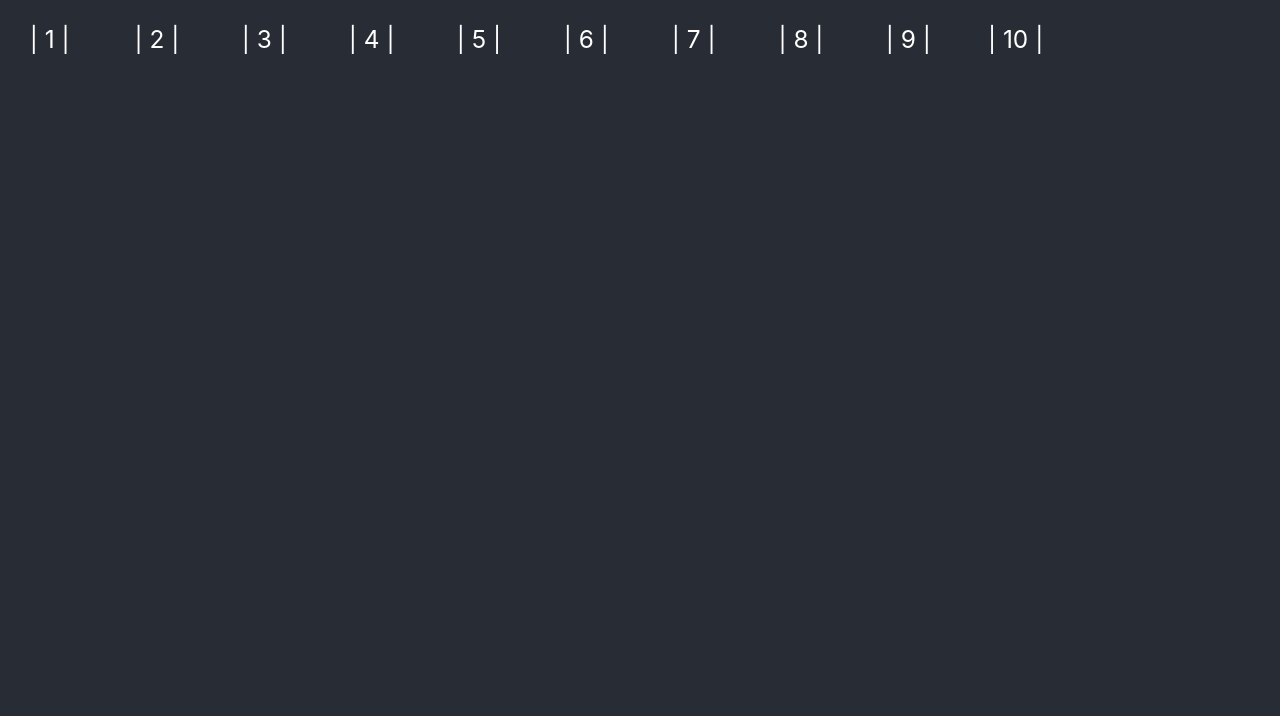
Repository: ghbamorim/megasenaapi
Page: / (app in mega-sena-client/)
These files come from the project's save history. The page is drawn as it stood at one moment and after the next save; the edit follows.
The browser window is 1280 px wide. The page is 1284 px wide, so the pictures cover 1284 px, including what lies to the right of the window. The pictures show the whole page.
The project was rebuilt for these pictures with package versions that can differ from the ones it lists, and the page was loaded fresh each time. Also part of the build but not shown: mega-sena-client/src/App.css.

Above is the page before, as saved 2021-09-12 09:35:40.

After the next save:
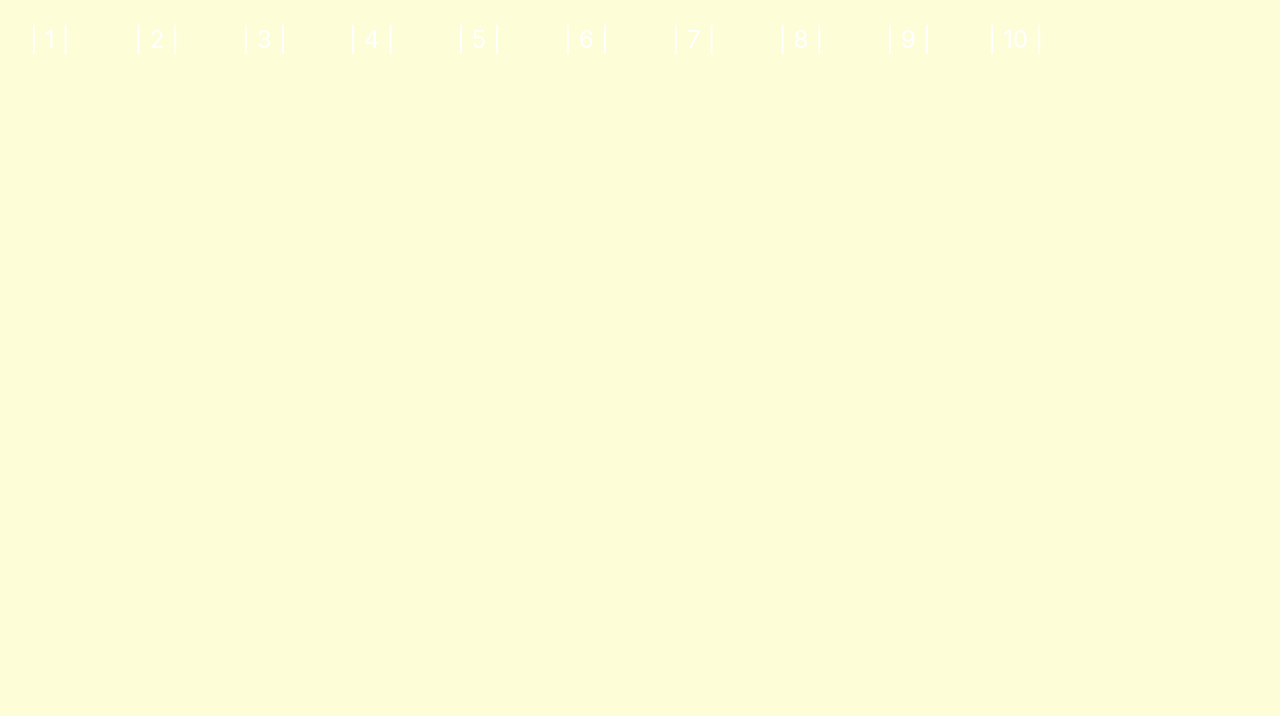
Saved 4 min 36 s later.
--- a/mega-sena-client/src/App.tsx
+++ b/mega-sena-client/src/App.tsx
@@ -10,7 +10,7 @@ const useStyles = makeStyles((theme) => ({
   },
 
   AppHeader: {
-    backgroundColor: "#282c34",
+    backgroundColor: "#FDFDD7",
     minHeight: "100vh",
     alignItems: "center",
     justifyContent: "center",
